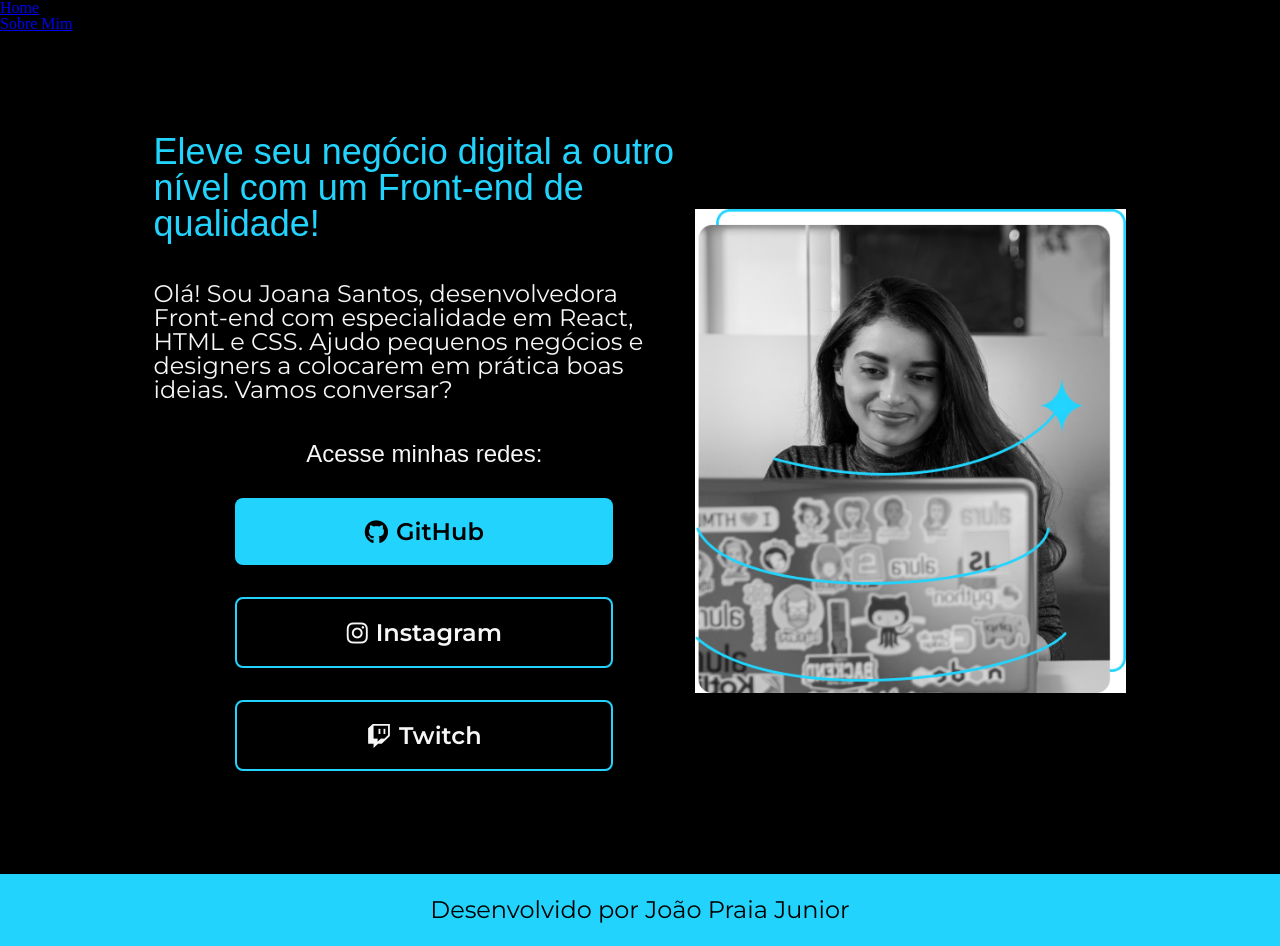
Repository: joaoPraiaJunior/html-basico
Page: index.html
An editor plug-in stored every save of this project. The page is shown before and after the next save, followed by the edit.
The browser window is 1280 px wide. The pictures show the whole page.
Some web fonts or font styles are not loaded; a fallback is used. Some web libraries are served in a nearby version.

Above is the page before, as saved 2024-06-06 21:12:54.

### index.html
<!DOCTYPE html>
<html lang="pt-BR" dir="ltr">
  <head>
    <meta charset="UTF-8" />
    <meta http-equiv="X-UA-Compatible" content="IE=edge" />
    <meta name="viewport" content="width=device-width, initial-scale=1.0" />
    <title>Portifólio</title>
    <link rel="stylesheet" href="css/reset.css" />
    <link rel="stylesheet" href="css/style.css" />
  </head>
  <body>
    <header>
      <nav>
        <ul>
          <li><a href="#">Home</a></li>
          <li><a href="#">Sobre Mim</a></li>
        </ul>
      </nav>
    </header>
    <main class="apresentacao">
      <section class="apresentacao__conteudo">
        <h1 class="apresentacao__titulo">
          Eleve seu negócio digital a outro nível com um Front-end de qualidade!
        </h1>
        <p class="apresentacao__texto">
          Olá! Sou Joana Santos, desenvolvedora Front-end com especialidade em
          React, HTML e CSS. Ajudo pequenos negócios e designers a colocarem em
          prática boas ideias. Vamos conversar?
        </p>
        <div class="apresentacao__links">
          <h2 class="apresentacao__subtitulo">Acesse minhas redes:</h2>
          <a
            class="apresentacao__link"
            href="https://github.com/joaoPraiaJunior"
            ><i class="fa-brands fa-github"></i> <span>GitHub</span></a
          >
          <a
            class="apresentacao__link apresentacao__link--transparente"
            href="https://www.instagram.com/joaopraiajunior/"
            ><i class="fa-brands fa-instagram"></i> <span>Instagram</span></a
          >
          <a
            class="apresentacao__link apresentacao__link--transparente"
            href="http://"
            ><i class="fa-brands fa-twitch"></i> <span>Twitch</span></a
          >
        </div>
      </section>
      <section class="apresentacao__imagem">
        <img src="images/Imagem.jpg" alt="foto da joana santos programando!" />
      </section>
    </main>
    <footer class="rodape"><p>Desenvolvido por João Praia Junior</p></footer>
  </body>
  <script
    src="https://kit.fontawesome.com/c4ee7a6e8c.js"
    crossorigin="anonymous"
  ></script>
</html>

### css/reset.css
/* http://meyerweb.com/eric/tools/css/reset/
   v2.0 | 20110126
   License: none (public domain)
*/

* {
    box-sizing: border-box;
}

html, body, div, span, applet, object, iframe,
h1, h2, h3, h4, h5, h6, p, blockquote, pre,
a, abbr, acronym, address, big, cite, code,
del, dfn, em, img, ins, kbd, q, s, samp,
small, strike, strong, sub, sup, tt, var,
b, u, i, center,
dl, dt, dd, ol, ul, li,
fieldset, form, label, legend,
table, caption, tbody, tfoot, thead, tr, th, td,
article, aside, canvas, details, embed,
figure, figcaption, footer, header, hgroup,
menu, nav, output, ruby, section, summary,
time, mark, audio, video {
	margin: 0;
	padding: 0;
	border: 0;
	font: inherit;
	vertical-align: baseline;
}
/* HTML5 display-role reset for older browsers */
article, aside, details, figcaption, figure,
footer, header, hgroup, menu, nav, section {
	display: block;
}
body {
	line-height: 1;
}
ol, ul {
	list-style: none;
}
blockquote, q {
	quotes: none;
}
blockquote:before, blockquote:after,
q:before, q:after {
	content: '';
	content: none;
}
table {
	border-collapse: collapse;
	border-spacing: 0;
}

### css/style.css
@import url('https://fonts.googleapis.com/css2?family=Krona+One&family=Montserrat:wght@400;600&display=swap');

html {
  font-size: 62.5%;
}

body {
  color: #f6f6f6;
  background-color: #000;
  font-size: 1.6rem;
}

.apresentacao {
  padding: 8% 12%;
  display: flex;
  justify-content: space-between;
  align-items: center;
}

.apresentacao__conteudo {
  display:flex;
  flex-direction: column;
  width: 615px;
  gap: 40px;
}

.apresentacao__titulo {
  color: #22d4fd;
  font-family: 'Krona One', sans-serif;
  font-size: 3.6rem;
}

.apresentacao__subtitulo{
  font-family: 'Krona One', sans-serif;
  font-size: 2.4rem;
  font-weight: 400;
}

.apresentacao__texto {
  font-family: 'Montserrat', sans-serif;
  font-size: 2.4rem;
}

.apresentacao__links {
  display: flex;
  flex-direction: column;
  justify-content: space-between;
  align-items: center;
  row-gap: 32px;
}

.apresentacao__link {
  display:flex;
  justify-content: center;
  column-gap: 8px;
  color: #000;
  background-color: #22d4fd;
  font-family: 'Montserrat', sans-serif;
  font-size: 2.4rem;
  font-weight: 600;
  padding: 21.5px 0;
  width: 378px;
  border-radius: 8px;
  text-align: center;
  text-decoration: none;
}

.apresentacao__link--transparente {
  color: #f6f6f6;
  background-color: transparent;
  border: 2px solid #22d4fd;
  transition: all .5s ease-in-out;
}

.apresentacao__link--transparente:hover {
  background-color: #272727;
}

.apresentacao__link--transparente .fa-brands {
  transition: color .5s ease-in-out;
}

.apresentacao__link--transparente:hover .fa-brands {
  color: #22d4fd;
}

.apresentacao__imagem img {
  max-width: 100%;
}


.rodape {
  font-family: 'Montserrat', sans-serif;
  font-size: 2.4rem;
  font-weight: 400;
  color: #000;
  background-color: #22d4fd;
  padding: 24px;
  text-align: center;
}

After the next save:
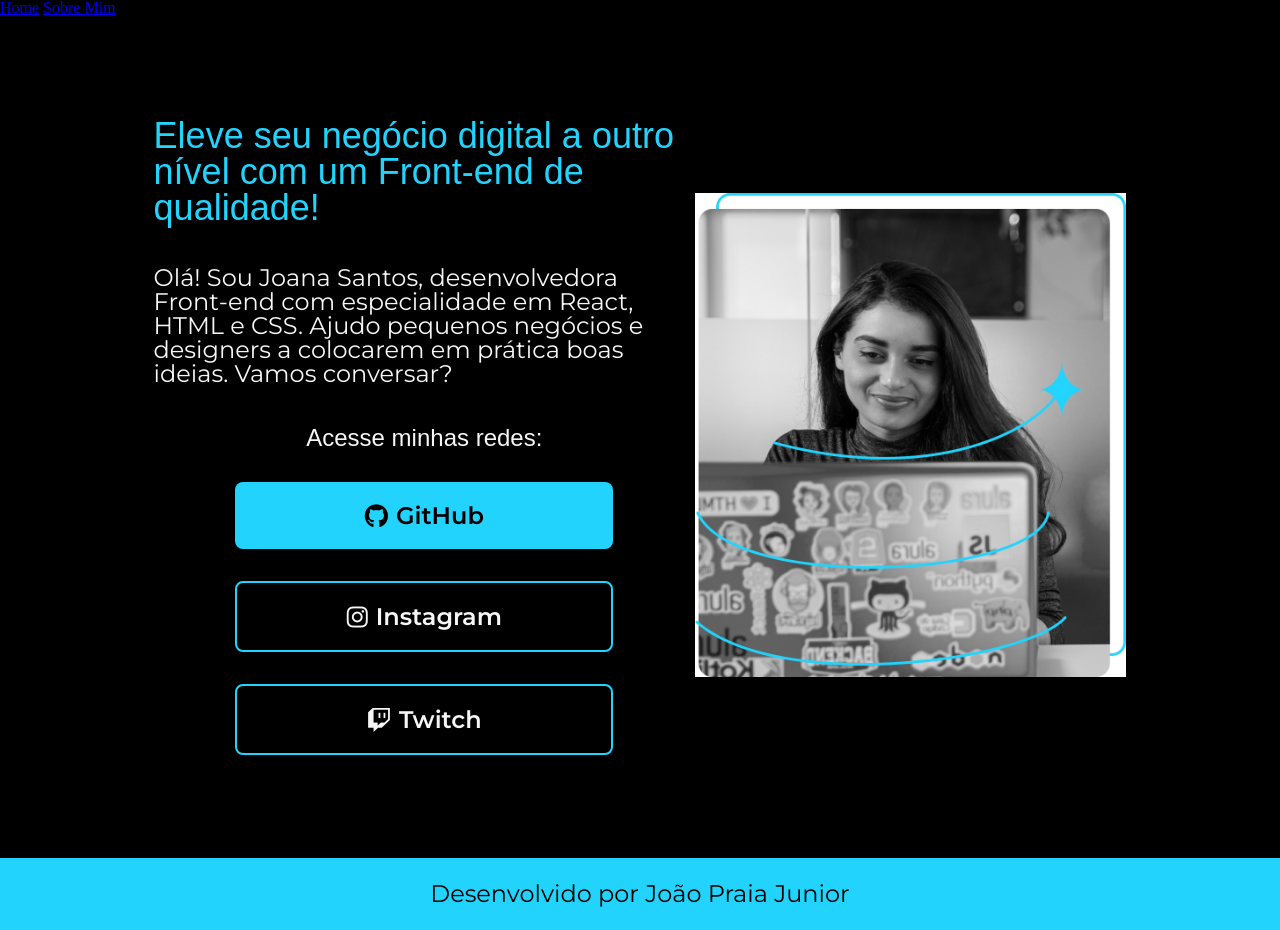
Saved 101 s later.
--- a/index.html
+++ b/index.html
@@ -9,12 +9,10 @@
     <link rel="stylesheet" href="css/style.css" />
   </head>
   <body>
-    <header>
-      <nav>
-        <ul>
-          <li><a href="#">Home</a></li>
-          <li><a href="#">Sobre Mim</a></li>
-        </ul>
+    <header class="cabecalho">
+      <nav class="cabecalho__menu">
+          <a href="#">Home</a>
+          <a href="#">Sobre Mim</a>
       </nav>
     </header>
     <main class="apresentacao">
